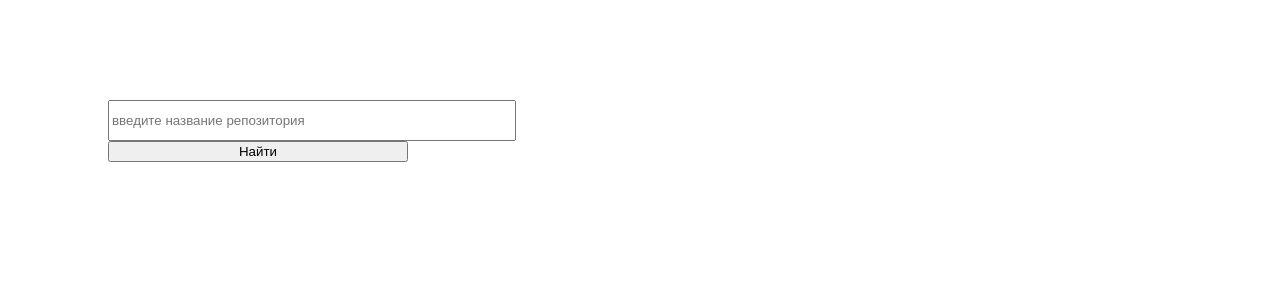
Repository: Grid-Master/repositoriesSearch
Page: index.html
These files come from the project's save history. The page is drawn as it stood at one moment and after the next save; the edit follows.
The browser window is 1280 px wide. The pictures show the whole page.
The page's requests for data from a server got no answer.

Above is the page before, as saved 2023-03-05 19:47:38.

After the next save:
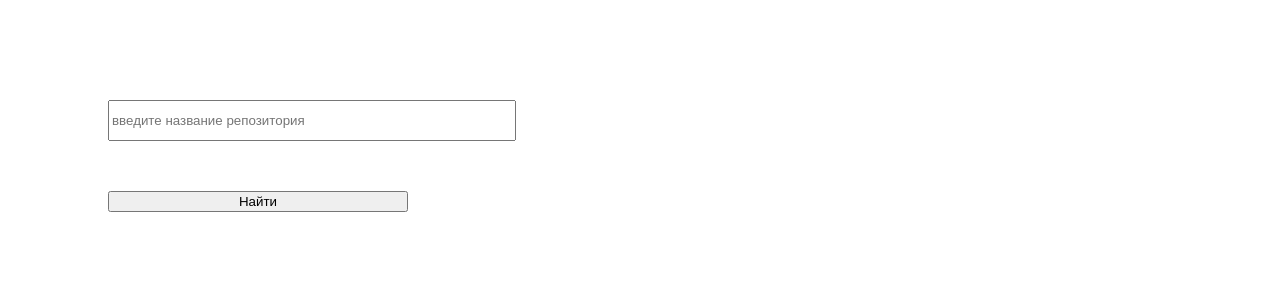
Saved 7 s later.
--- a/index.html
+++ b/index.html
@@ -17,6 +17,7 @@
       input {
         width: 400px;
         height: 35px;
+        margin-bottom: 50px;
       }
     </style>
   </head>
